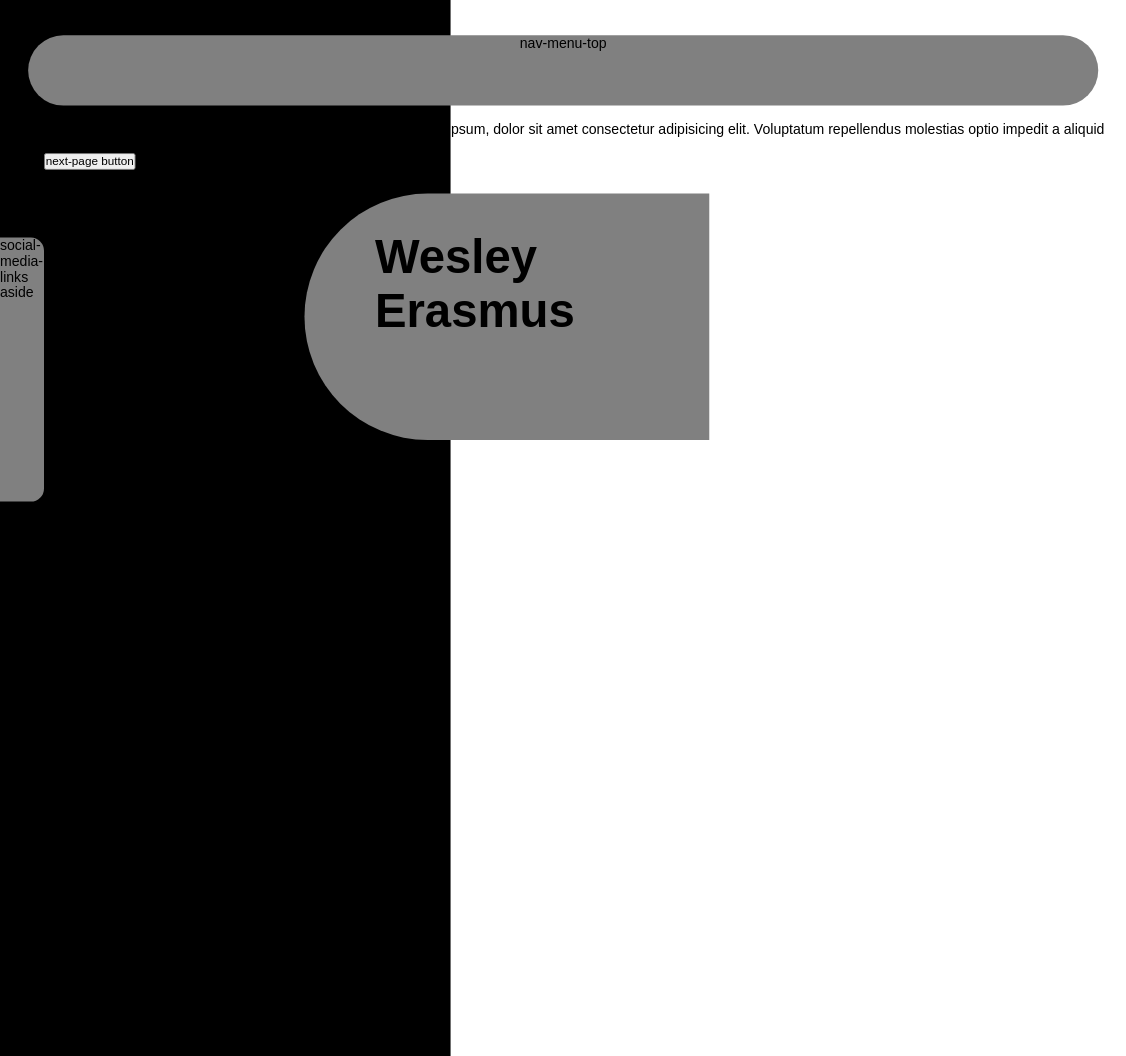
Repository: WesleyErasmus/MyDigitalResume-4
Page: index.html
An editor plug-in stored every save of this project. The page is shown before and after the next save, followed by the edit.
The browser window is 1280 px wide. The pictures show the whole page, at 88% of full size.

Above is the page before, as saved 2022-02-15 20:47:26.

### index.html
<!DOCTYPE html>
<html lang="en">
<head>
    <meta charset="UTF-8">
    <meta http-equiv="X-UA-Compatible" content="IE=edge">
    <meta name="viewport" content="width=device-width, initial-scale=1.0">
    <title>Wesley Erasmus Digital Resume 4 Project</title>
    <link rel="stylesheet" href="stylesheet.css">
</head>
<body>
    <!-- Landing page -->
    <header class="nav-menu-top">
        <!-- Name / Logo (jumbotron) / download CV / etc -->
        <p>nav-menu-top</p>
    </header>

    <aside class="self-portrait">
        <!-- creative image of myself -->
        <p>aside with large portrait image of myself</p>
    </aside>
    <nav class="social-media-links">
        <!-- side social media icons (float left / column direction) -->
        <p>social-media-links aside</p>
    </nav>
        <h1 class="name">
            <span class="name">
                Wesley
                <br>
                Erasmus
            </span>
        </h1>
        <!-- main bio; FED student / link to 2nd html page with CV content -->
     <article>
         <h4 ID="title">WEB DESIGNER</h4>
        <div class="about-me">
            <p>Hello! I am a Front-End-Development Student. about me: Lorem ipsum, dolor sit amet consectetur adipisicing elit. Voluptatum repellendus molestias optio impedit a aliquid nulla temporibus eum dolores quo.</p>
        </div>
        <button class="next-page">
            next-page button
        </button>
    </article>


</body>
</html>

### stylesheet.css

* {
    font-family: Arial, Helvetica, sans-serif;
    margin: 0;
    padding: 0;
}
@media screen
  and (min-device-width: 1200px)
  and (max-device-width: 1600px)
  and (-webkit-min-device-pixel-ratio: 1) {
}

body {
/* position: relative; */
}
header.nav-menu-top {
    position: relative;
    text-align: center;
    margin: 0 auto;
    width: 95%;
    height: 80px;
    border-radius: 50px;
    margin-top: 40px;
    background-color: grey;
}
aside.self-portrait {
    z-index: -1;
    background-color: black;
    position: absolute;
    /* position: fixed; */
    top: 0;
    left: 0;
    height: 1200px;
    width: 40%;
}
nav.social-media-links {
    position: relative;
    height: 300px;
    width: 50px;
    float: left;
    top: 150px;
    left: 0px;
    background-color: grey;
    border-radius: 0 15px 15px 0;
}
h1.name {
background-color: grey;
margin: 0 auto;
width: 300px;
height: 200px;
margin: 0;
position: absolute;
top: 50%;
left: 45%;
-ms-transform: translate(-50%, -50%);
transform: translate(-50%, -50%);
padding: 40px 80px 40px 80px;
font-size: 4.2vw;
border-radius:150px 0 0 150px;
}
span#name {
    margin: 0;
    top: 50%;
    /* centre text vertically */
}
article {
    position: relative;
}

After the next save:
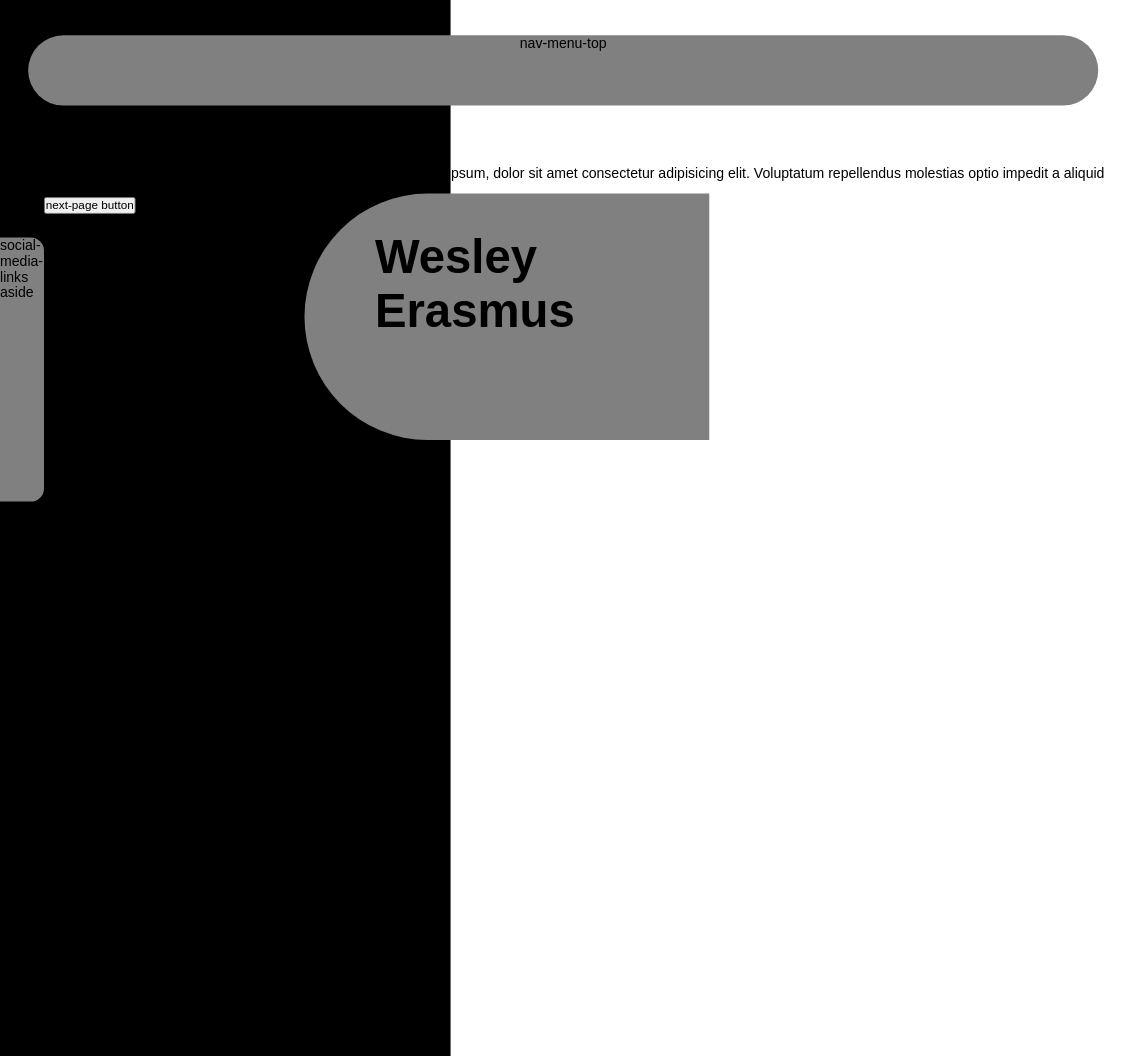
Saved 36 s later.
--- a/stylesheet.css
+++ b/stylesheet.css
@@ -65,4 +65,6 @@ span#name {
 }
 article {
     position: relative;
+    height: 500px;
+    margin-top: 50px;
 }
